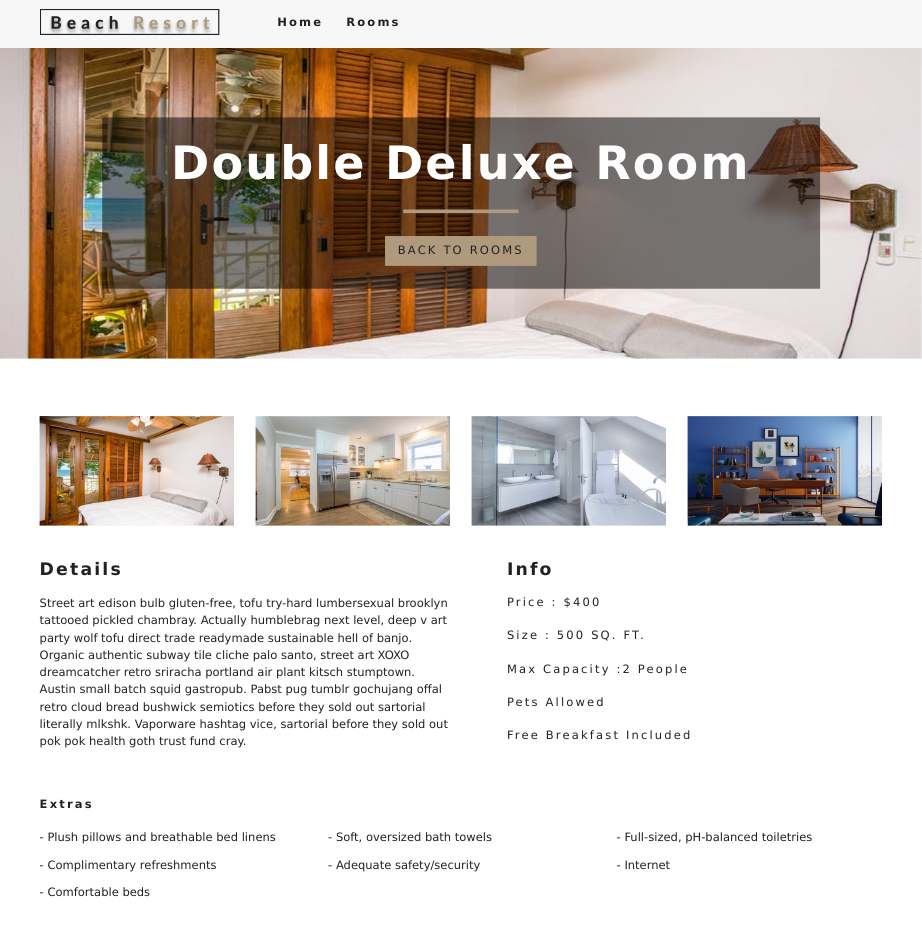
Repository: sanchit01garg/react-beachResort
Page: /rooms/double-deluxe
The author's editor kept a copy of each file at every save. The page is drawn from the files as they stood at one save, then again after the next save.
The browser window is 1280 px wide. The pictures show the whole page, at 72% of full size.
The project was rebuilt for these pictures with package versions that can differ from the ones it lists, and the page was loaded fresh each time. Also part of the build but not shown: src/components/Hero.js, src/components/Title.js, src/components/Services.js, src/components/Loading.js, src/components/Room.js, src/components/FeaturedRooms.js, src/pages/Home.js, src/pages/Error.js and 4 more.

Above is the page before, as saved 2021-01-08 15:55:19.

### src/index.js
import React from "react";
import ReactDOM from "react-dom";
// import './index.css';
import { BrowserRouter as Router } from "react-router-dom";
import App from "./App";
import reportWebVitals from "./reportWebVitals";
import { RoomProvider } from "./Context";

ReactDOM.render(
  <RoomProvider>
    <Router>
      <App />
    </Router>
  </RoomProvider>,
  document.getElementById("root")
);

// If you want to start measuring performance in your app, pass a function
// to log results (for example: reportWebVitals(console.log))
// or send to an analytics endpoint. Learn more: https://bit.ly/CRA-vitals
reportWebVitals();

### src/App.js
import React from "react";
import "./App.css";
import { Route, Switch } from "react-router-dom";
import Home from "./pages/Home";
import Error from "./pages/Error";
import Rooms from "./pages/Rooms";
import SingleRoom from "./pages/SingleRoom";

import Navbar from "./components/Navbar";

function App() {
  return (
    <>
      <Navbar />
      <Switch>
        <Route exact path="/" component={Home} />
        <Route exact path="/rooms/" component={Rooms} />
        <Route exact path="/rooms/:slug" component={SingleRoom} />
        <Route component={Error} />
      </Switch>
    </>
  );
}

export default App;

### src/Context.js
import React, { Component } from "react";
import items from "./data";

const RoomContext = React.createContext();

class RoomProvider extends Component {
  state = {
    rooms: [],
    sortedRooms: [],
    featuredRooms: [],
    loading: true,
  };

  componentDidMount() {
    let rooms = this.formatData(items);
    let featuredRooms = rooms.filter((room) => room.featured === true);
    this.setState({
      rooms,
      featuredRooms,
      sortedRooms: rooms,
      loading: false,
    });
  }

  formatData(items) {
    let tempItems = items.map((item) => {
      let id = item.sys.id;
      let images = item.fields.images.map((image) => image.fields.file.url);

      let room = { ...item.fields, images, id };
      return room;
    });
    return tempItems;
  }

  getRoom = (slug) => {
    let tempRooms = [...this.state.rooms];
    const room = tempRooms.find((room) => room.slug === slug);
    return room;
  };

  render() {
    return (
      <RoomContext.Provider value={{ ...this.state, getRoom: this.getRoom }}>
        {this.props.children}
      </RoomContext.Provider>
    );
  }
}

const RoomConsumer = RoomContext.Consumer;

export function withRoomConsumer(Component) {
  return function ConsumerWrapper(props) {
    return (
      <RoomConsumer>
        {(value) => <Component {...props} context={value} />}
      </RoomConsumer>
    );
  };
}

export { RoomProvider, RoomConsumer, RoomContext };

### src/App.css
* {
  margin: 0;
  padding: 0;
  box-sizing: border-box;
}
:root {
  --primaryColor: #af9a7d;
  --mainWhite: #fff;
  --offWhite: #f7f7f7;
  --mainBlack: #222;
  --mainGrey: #ececec;
  --darkGrey: #cfcfcf;
  --mainTransition: all 0.3s linear;
  --mainSpacing: 3px;
  --lightShadow: 2px 5px 3px 0px rgba(0, 0, 0, 0.5);
  --darkShadow: 4px 10px 5px 0px rgba(0, 0, 0, 0.5);
}
/* globals */
body {
  padding-top: 66px;
  color: var(--mainBlack);
  background: var(--mainWhite);
  font-family: Verdana, Geneva, Tahoma, sans-serif;
  line-height: 1.4;
}
h1 {
  font-size: 3em;
  line-height: 1;
  margin-bottom: 0.5em;
}
h2 {
  font-size: 2em;
  margin-bottom: 0.75em;
}
h3 {
  font-size: 1.5em;
  line-height: 1;
  margin-bottom: 1em;
}
h4 {
  font-size: 1.2em;
  line-height: 1.25;
  margin-bottom: 1.25em;
}
h5 {
  font-size: 1em;
  font-weight: bold;
  margin-bottom: 1.5em;
}
h6 {
  font-size: 1em;
  font-weight: bold;
  margin-bottom: 1.5em;
}

.btn-primary {
  display: inline-block;
  text-decoration: none;
  letter-spacing: var(--mainSpacing);
  color: var(--mainBlack);
  background: var(--primaryColor);
  padding: 0.4rem 0.9rem;
  border: 3px solid var(--primaryColor);
  transition: var(--mainTransition);
  text-transform: uppercase;
  cursor: pointer;
}
.btn-primary:hover {
  background: transparent;
  color: var(--primaryColor);
}
.loading {
  text-transform: capitalize;
  text-align: center;
  margin-top: 3rem;
}
.error {
  text-align: center;
  text-transform: uppercase;
  margin: 2rem 0;
}
.empty-search {
  text-align: center;
  text-transform: capitalize;
  margin: 2rem 0;
  padding: 1rem;
  letter-spacing: var(--mainSpacing);
}
/* end of globals */
/* Navbar */
.navbar {
  position: fixed;
  top: 0;
  left: 0;
  width: 100%;
  padding: 0.75rem 2rem;
  background: var(--offWhite);
  z-index: 1;
}
.nav-header {
  display: flex;
  justify-content: space-between;
}
.nav-btn {
  background: transparent;
  border: none;
  cursor: pointer;
  outline: none;
}
.nav-icon {
  font-size: 1.5rem;
  color: var(--primaryColor);
}
.nav-links {
  height: 0;
  overflow: hidden;
  transition: var(--mainTransition);
  list-style-type: none;
}
.nav-links a {
  display: block;
  text-decoration: none;
  padding: 1rem 0;
  color: var(--mainBlack);
  transition: var(--mainTransition);
  text-align: center;
  font-size: 1rem;
  font-weight: 600;
  letter-spacing: var(--mainSpacing);
}
.nav-links a:hover {
  color: var(--primaryColor);
}

.show-nav {
  height: 100px;
}
@media screen and (min-width: 768px) {
  .nav-btn {
    display: none;
  }
  .nav-center {
    max-width: 1170px;
    margin: 0 auto;
    display: flex;
  }
  .nav-links {
    height: auto;
    display: flex;
    margin-left: 4rem;
  }
  .nav-links a {
    margin: 0 1rem;
    padding: 0.5rem 0;
  }
}
/* end of navbar */
/* Hero */
.defaultHero,
.roomsHero {
  min-height: calc(100vh - 66px);
  background: url("./images/defaultBcg.jpeg") center/cover no-repeat;
  display: flex;
  align-items: center;
  justify-content: center;
}
.roomsHero {
  background-image: url("./images/room-2.jpeg");
  min-height: 60vh;
}
/* End of Hero */
/* Banner */
.banner {
  display: inline-block;
  background: rgba(0, 0, 0, 0.5);
  color: var(--mainWhite);
  padding: 2rem 1rem;
  text-align: center;
  text-transform: capitalize;
  letter-spacing: var(--mainSpacing);
}
.banner h1 {
  font-size: 2.5rem;
}
.banner div {
  width: 10rem;
  height: 5px;
  background: var(--primaryColor);
  margin: 1.7rem auto;
}
.banner p {
  font-size: 1.2rem;
  margin-bottom: 2rem;
}
@media screen and (min-width: 576px) {
  .banner {
    padding: 2rem 3rem;
  }
  .banner h1 {
    font-size: 3rem;
  }
}
@media screen and (min-width: 992px) {
  .banner {
    padding: 2rem 6rem;
  }
  .banner h1 {
    font-size: 4rem;
  }
}
/* End of Banner */
/* Title */
.section-title {
  text-align: center;
  margin-bottom: 4rem;
}
.section-title h4 {
  font-size: 2rem;
  letter-spacing: var(--mainSpacing);
  text-transform: capitalize;
  margin-bottom: 1rem;
}
.section-title div {
  width: 5rem;
  height: 5px;
  margin: 0 auto;
  background: var(--primaryColor);
}
/* end of Title */

/* services */
.services {
  padding: 5rem 0;
}
.services {
  background: var(--darkGrey);
  text-align: center;
}
.services-center {
  width: 90vw;
  margin: 0 auto;
  display: grid;
  grid-template-columns: repeat(auto-fit, minmax(255px, 1fr));
  grid-row-gap: 2rem;
  grid-column-gap: 50px;
}
.service span {
  display: inline-block;
  color: var(--primaryColor);
  font-size: 2.5rem;
  margin-bottom: 1.5rem;
}
.services h6 {
  letter-spacing: var(--mainSpacing);
}
.services p {
  width: 80%;
  margin: 0 auto;
}
@media screen and (min-width: 992px) {
  .services-center {
    width: 95vw;
    max-width: 1170px;
  }
}

@media screen and (min-width: 1200px) {
  .services p {
    width: 100%;
  }
}
/*end of services */
/* featured rooms */

.featured-rooms {
  padding: 5rem 0;
}
.featured-rooms-center {
  width: 80vw;
  margin: 0 auto;
  display: grid;
  grid-template-columns: repeat(auto-fit, minmax(270px, 1fr));
  grid-row-gap: 2rem;
  grid-column-gap: 40px;
}
@media screen and (min-width: 776px) {
  .featured-rooms-center {
    width: 90vw;
    grid-template-columns: repeat(auto-fit, minmax(330px, 1fr));
  }
}
@media screen and (min-width: 992px) {
  .featured-rooms-center {
    width: 95vw;
    max-width: 1170px;
  }
}
/* end pf featured rooms */
/* room */
.room {
  box-shadow: var(--lightShadow);
  transition: var(--mainTransition);
}
.room:hover {
  box-shadow: var(--darkShadow);
}

.img-container {
  position: relative;
}
.img-container img {
  width: 100%;
  display: block;
  transition: var(--mainTransition);
}
.price-top {
  position: absolute;
  top: 0;
  left: 0;
  background: rgba(0, 0, 0, 0.8);
  color: var(--mainWhite);
  padding: 0.3rem 0.6rem 0.5rem;
  border-bottom-right-radius: 1rem;
  font-size: 0.5rem;
  text-align: center;
  transition: var(--mainTransition);
}
.price-top h6 {
  margin-bottom: 0;
  font-size: 0.9rem;
  font-weight: 300;
  letter-spacing: var(--mainSpacing);
}
.room-link {
  position: absolute;
  top: 50%;
  left: 50%;
  transform: scale(0);
  transition: all 0.3s linear;
}
.img-container:hover {
  background: rgba(0, 0, 0, 0.8);
}
.img-container:hover img {
  opacity: 0.3;
}
.img-container:hover .price-top {
  opacity: 0;
}
.img-container:hover .room-link {
  transform: translate(-50%, -50%) scale(1);
}
.room-info {
  background: var(--darkGrey);
  text-transform: capitalize;
  padding: 0.5rem 0;
  text-align: center;
  font-weight: 700;
  letter-spacing: var(--mainSpacing);
}
/* end of room  */
/* single room*/

.single-room {
  padding: 5rem 0 0 0;
}
.single-room-images {
  /* width: 80vw;
  margin: 0 auto;
  display: grid;
  grid-template-columns: repeat(auto-fit, minmax(350px, 1fr));
  grid-row-gap: 2rem;
  grid-column-gap: 50px; */
  width: 80vw;
  margin: 0 auto;
  display: grid;
  grid-template-columns: repeat(auto-fill, minmax(270px, 1fr));
  grid-row-gap: 2rem;
  grid-column-gap: 30px;
}
.single-room-images img {
  width: 100%;
  display: block;
}
.single-room-info {
  width: 80vw;
  display: grid;
  grid-template-columns: 1fr;
  margin: 2rem auto;
}
.desc,
.info {
  margin: 1rem 0;
}
.desc h3 {
  text-transform: capitalize;
  letter-spacing: var(--mainSpacing);
}
.desc p {
  line-height: 1.5;
}
.info h3,
.info h6 {
  text-transform: capitalize;
  letter-spacing: var(--mainSpacing);
}

.info h6 {
  font-weight: 300;
}
.room-extras {
  width: 80vw;
  margin: 0 auto 3rem auto;
}
.room-extras h6 {
  text-transform: capitalize;
  letter-spacing: var(--mainSpacing);
}
.extras {
  list-style-type: none;
  display: grid;
  grid-template-columns: repeat(auto-fit, minmax(330px, 1fr));
  grid-column-gap: 2rem;
  grid-row-gap: 1rem;
}
@media screen and (min-width: 992px) {
  .single-room-images,
  .single-room-info,
  .room-extras {
    width: 95vw;
    max-width: 1170px;
  }
  .single-room-info {
    display: grid;
    grid-template-columns: 1fr 1fr;
    grid-column-gap: 2rem;
  }
  .info {
    padding-left: 3rem;
  }
}
/* end of single room*/
/* roomlist */
.roomslist {
  padding: 5rem 0;
}
.roomslist-center {
  width: 80vw;
  margin: 0 auto;
  display: grid;
  grid-template-columns: repeat(auto-fill, minmax(270px, 1fr));
  grid-row-gap: 2rem;
  grid-column-gap: 30px;
}

@media screen and (min-width: 776px) {
  .roomslist-center {
    width: 90vw;
  }
}
@media screen and (min-width: 992px) {
  .roomslist-center {
    width: 95vw;
    max-width: 1170px;
  }
}
/* end of roomlist */
/*  rooms fitler*/
.filter-container {
  padding: 5rem 0;
}
.filter-form {
  width: 60vw;
  margin: 0 auto;
  display: grid;
  grid-template-columns: repeat(auto-fit, minmax(202px, 1fr));
  grid-row-gap: 2rem;
  grid-column-gap: 40px;
}
.form-group {
  text-transform: capitalize;
}
.form-group label {
  display: block;
  letter-spacing: var(--mainSpacing);
  margin-bottom: 0.5rem;
}
.form-control {
  width: 100%;
  background: transparent;
  font-size: 1rem;
}
.size-inputs {
  display: flex;
}
.size-input {
  width: 40%;
  padding: 0.2rem;
  border: 1px solid var(--mainBlack);
  border-radius: 0.3rem;
  margin-right: 0.3rem;
}
.single-extra label {
  display: inline-block;
  font-size: 0.8rem;
  margin-left: 0.5rem;
}
@media screen and (min-width: 776px) {
  .filter-form {
    width: 70vw;
  }
}
@media screen and (min-width: 992px) {
  .filter-form {
    width: 95vw;
    max-width: 1170px;
  }
}

### src/pages/SingleRoom.js
import React, { Component } from "react";
import defaultBcg from "../images/room-1.jpeg";
import Banner from "../components/Banner";
import { Link } from "react-router-dom";
import { RoomContext } from "../Context";
import StyledHero from "../components/StyledHero";

export default class SingleRoom extends Component {
  constructor(props) {
    super(props);
    this.state = { slug: this.props.match.params.slug, defaultBcg: defaultBcg };
  }

  static contextType = RoomContext;

  render() {
    const { getRoom } = this.context;
    const room = getRoom(this.state.slug);

    if (!room) {
      return (
        <div className="error">
          <h3> no such room could be found...</h3>
          <Link to="/rooms" className="btn-primary">
            back to rooms
          </Link>
        </div>
      );
    }

    const {
      name,
      description,
      capacity,
      size,
      price,
      extras,
      breakfast,
      pets,
      images,
    } = room;

    return (
      <>
        <StyledHero img={images[0] || this.state.defaultBcg}>
          <Banner title={`${name} room`}>
            <Link to="/rooms" className="btn-primary">
              back to rooms
            </Link>
          </Banner>
        </StyledHero>
        <section className="single-room">
          <div className="single-room-images">
            {images.map((item, index) => {
              return <img key={index} src={item} alt={name} />;
            })}
          </div>
          <div className="single-room-info">
            <article className="desc">
              <h3>details</h3>
              <p>{description}</p>
            </article>
            <article className="info">
              <h3>info</h3>
              <h6>price : ${price}</h6>
              <h6>size : {size} SQ. FT.</h6>
              <h6>
                max capacity :
                {capacity > 1 ? `${capacity} people` : `${capacity} person`}
              </h6>
              <h6>{pets ? "pets allowed" : "no pets allowed"}</h6>
              <h6>{breakfast && "free breakfast included"}</h6>
            </article>
          </div>
        </section>
        <section className="room-extras">
          <h6>extras </h6>
          <ul className="extras">
            {extras.map((item, index) => {
              return <li key={index}>- {item}</li>;
            })}
          </ul>
        </section>
      </>
    );
  }
}

### src/components/Navbar.js
import React, { Component } from "react";
import logo from "../images/logo.svg";
import { FaAlignRight } from "react-icons/fa";
import { Link } from "react-router-dom";

export default class Navbar extends Component {
  state = {
    isOpen: false,
  };
  handleToggle = () => {
    this.setState({ isOpen: !this.state.isOpen });
  };
  render() {
    return (
      <nav className="navbar">
        <div className="nav-center">
          <div className="nav-header">
            <Link to="/">
              <img src={logo} alt="Beach Resort" />
            </Link>
            <button
              type="button"
              className="nav-btn"
              onClick={this.handleToggle}
            >
              <FaAlignRight className="nav-icon" />
            </button>
          </div>
          <ul
            className={this.state.isOpen ? "nav-links show-nav" : "nav-links"}
          >
            <li>
              <Link to="/">Home</Link>
            </li>
            <li>
              <Link to="/rooms">Rooms</Link>
            </li>
          </ul>
        </div>
      </nav>
    );
  }
}

### src/components/StyledHero.js
import styled from "styled-components";
import defaultImg from "../images/room-1.jpeg";

const StyledHero = styled.header`
  min-height: 60vh;
  background: url(${(props) => (props.img ? props.img : defaultImg)})
    center/cover no-repeat;
  display: flex;
  align-items: center;
  justify-content: center;
`;
export default StyledHero;

Loaded but not shown: public/index.html (common file); src/reportWebVitals.js (common file); src/components/Banner.js (common file); src/data.js (760 lines, source omitted)

After the next save:
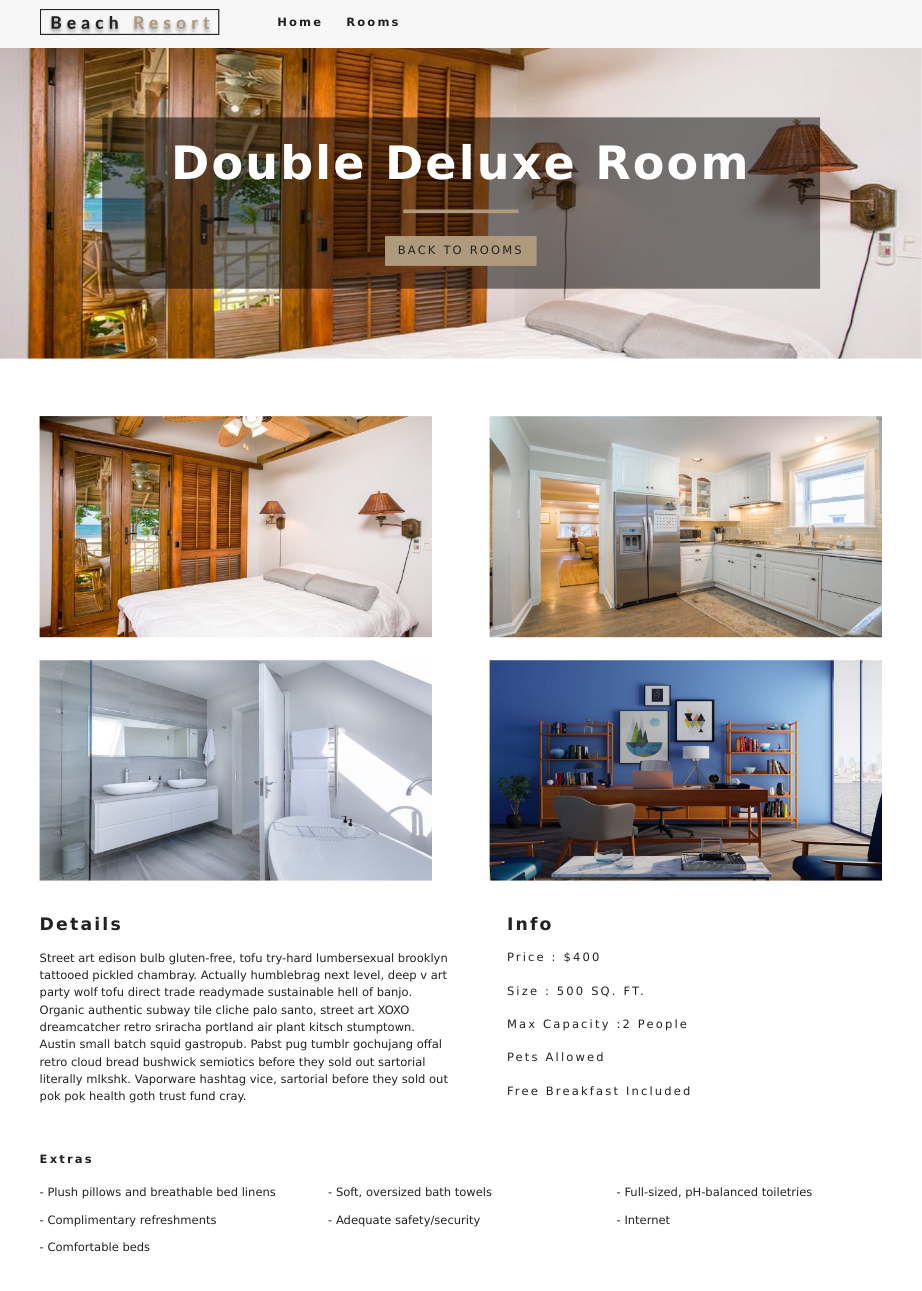
Saved 40 s later.
--- a/src/App.css
+++ b/src/App.css
@@ -374,9 +374,9 @@ h6 {
   width: 80vw;
   margin: 0 auto;
   display: grid;
-  grid-template-columns: repeat(auto-fill, minmax(270px, 1fr));
+  grid-template-columns: repeat(auto-fill, minmax(420px, 1fr));
   grid-row-gap: 2rem;
-  grid-column-gap: 30px;
+  grid-column-gap: 80px;
 }
 .single-room-images img {
   width: 100%;
